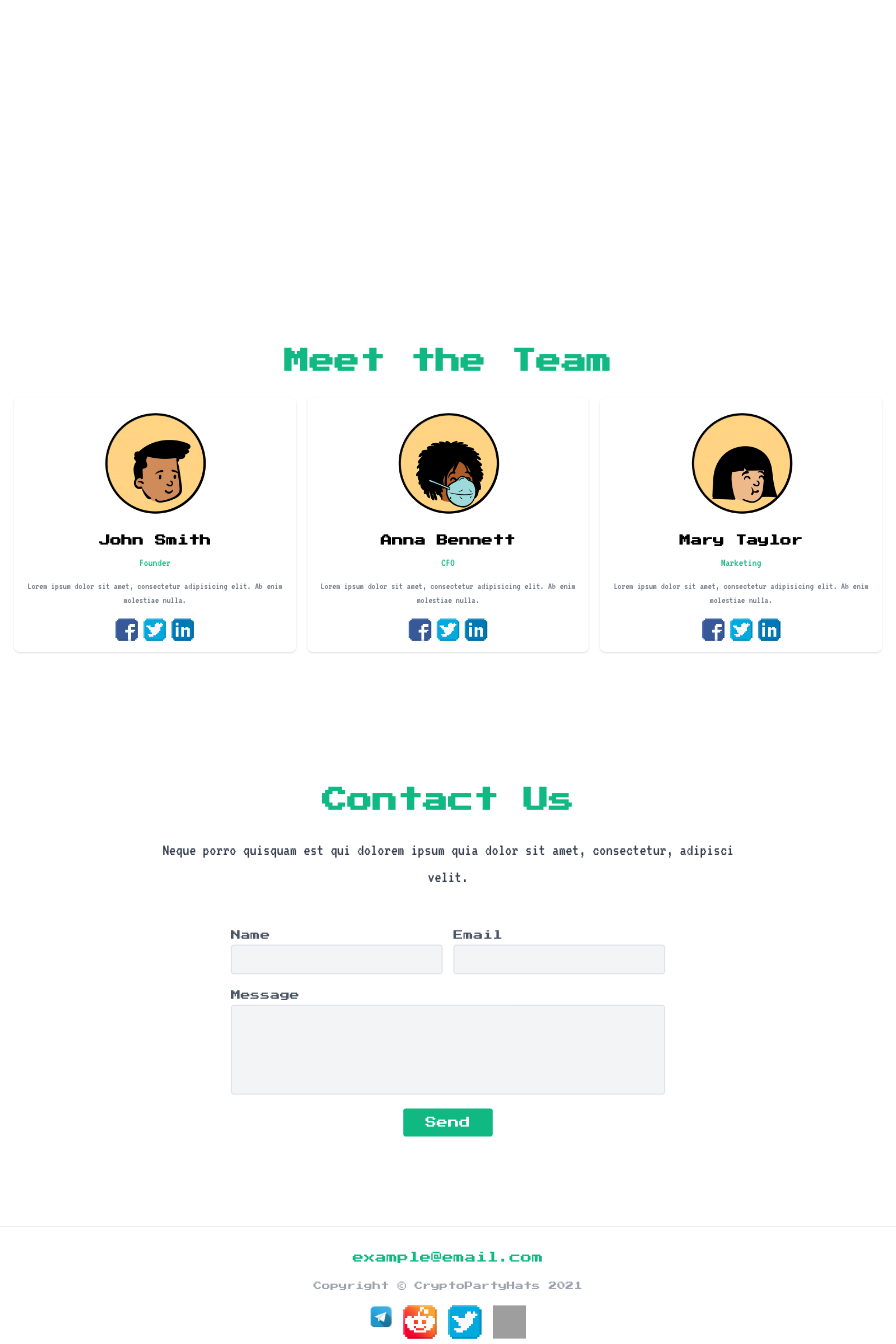
Repository: rhinorphan/phat-landing-page
Page: /
The author's editor kept a copy of each file at every save. The page is drawn from the files as they stood at one save, then again after the next save.
The browser window is 1280 px wide. The pictures show the part of the page from y = 2302 to 4222 px (the page is 4222 px tall), at 70% of full size.
Pictures or frames that could not be fetched are drawn as grey boxes. The project was rebuilt for these pictures with package versions that can differ from the ones it lists, and the page was loaded fresh each time. Also part of the build but not shown: craco.config.js.

Above is the page before, as saved 2021-11-17 23:22:52.

After the next save:
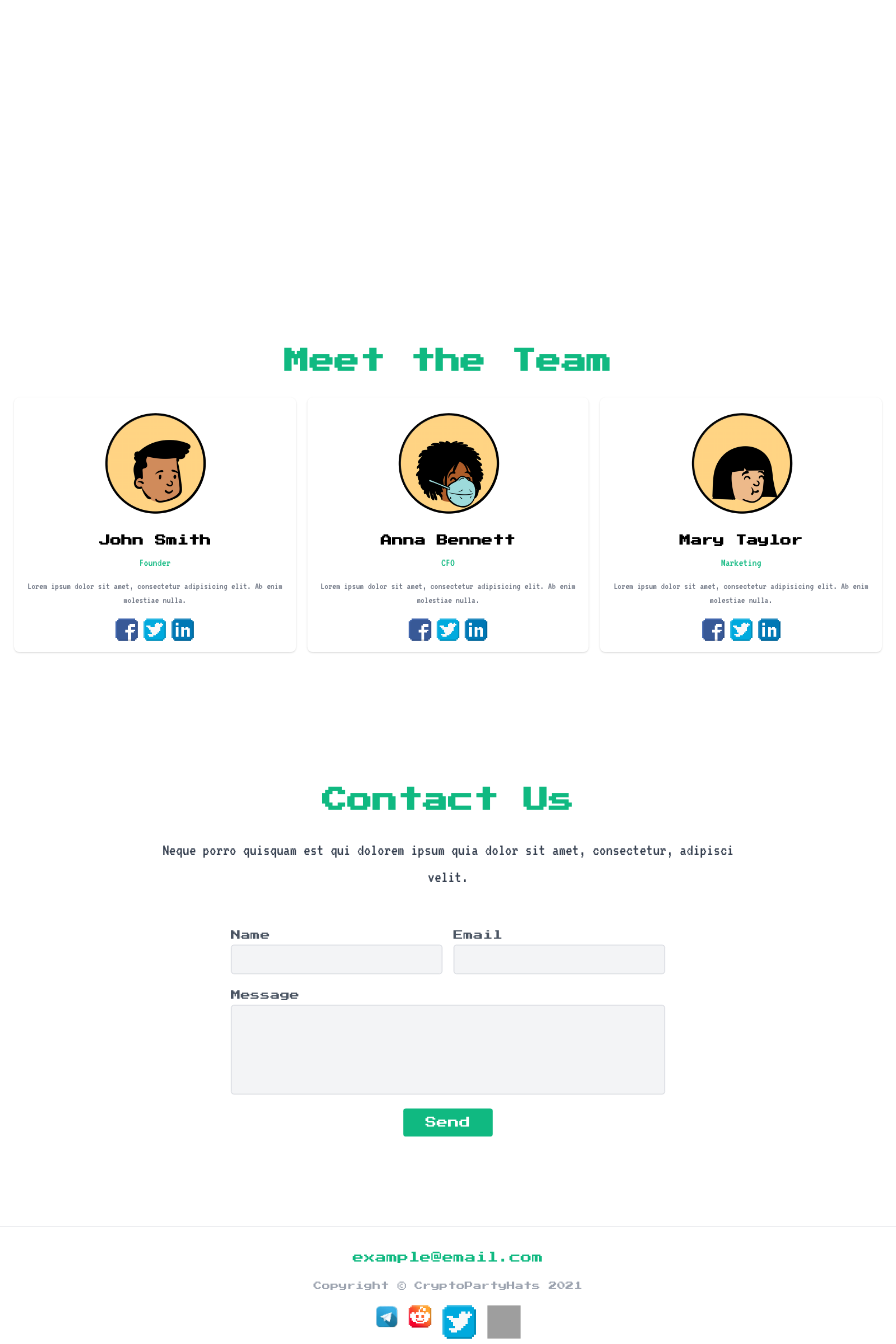
Saved 20 s later.
--- a/src/components/Footer.js
+++ b/src/components/Footer.js
@@ -9,7 +9,7 @@ function Footer() {
       </p>
       <div className="flex flex-row justify-center">
         <img src={`${process.env.PUBLIC_URL}/assets/images/tg.png`} alt="" className="h-8 w-8 mx-2 cursor-pointer"/>
-        <img src={`${process.env.PUBLIC_URL}/assets/images/reddit.png`} alt="" className="h-12 w-12 mx-2"/>
+        <img src={`${process.env.PUBLIC_URL}/assets/images/reddit.png`} alt="" className="h-8 w-8 mx-2 cursor-pointer"/>
         <img src={`${process.env.PUBLIC_URL}/assets/images/twitter.png`} alt="" className="h-12 w-12 mx-2"/>
         <img src={`${process.env.PUBLIC_URL}/assets/images/discord.png`} alt="" className="h-12 w-12 mx-2"/>
       </div>
